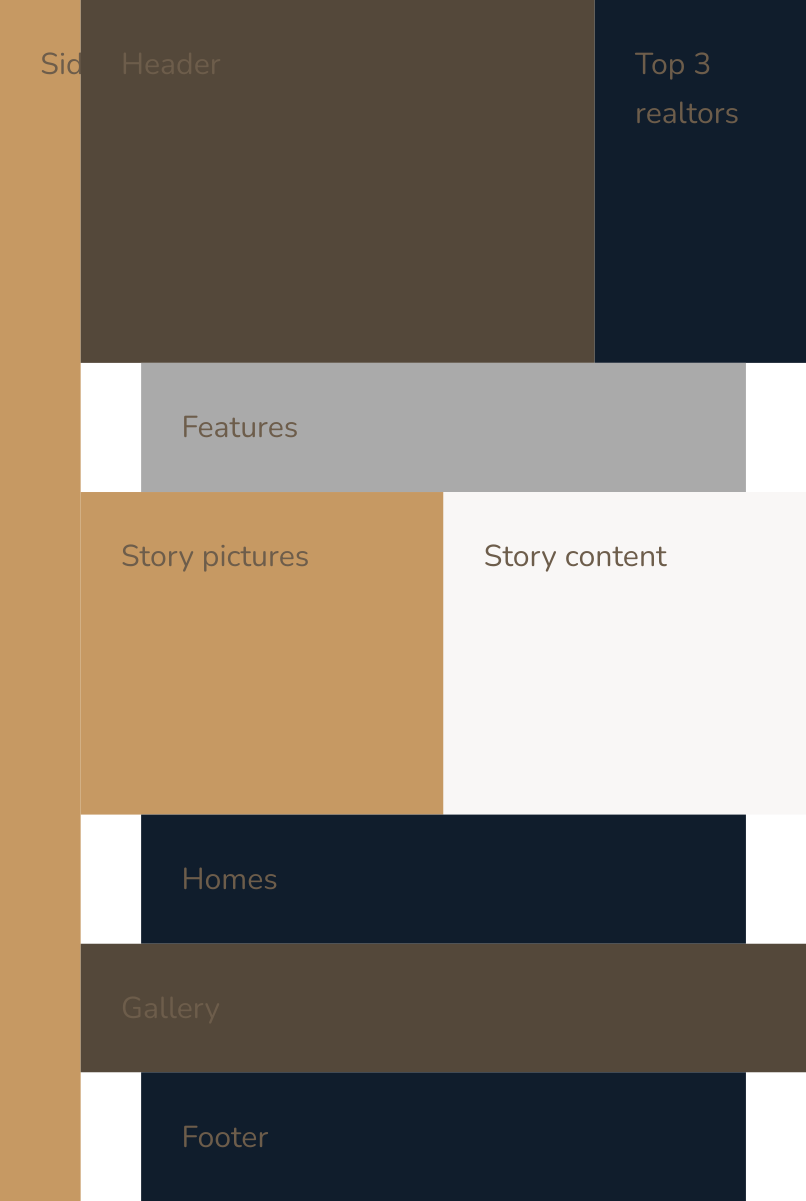
Repository: achwesiuk/nexter
Page: index.html
The author's editor kept a copy of each file at every save. The page is drawn from the files as they stood at one save, then again after the next save.
The browser window is 1280 px wide. The pictures show the whole page, at 63% of full size.
The style sheet was rebuilt from its Sass, Less or Tailwind sources for each picture, by a compiler version that may differ from the author's.

Above is the page before, as saved 2021-02-19 16:25:11.

### index.html
<!DOCTYPE html>
<html lang="en">
    <head>
        <meta charset="UTF-8">
        <meta name="viewport" content="width=device-width, initial-scale=1.0">
        <meta http-equiv="X-UA-Compatible" content="ie=edge">

        <link href="https://fonts.googleapis.com/css?family=Josefin+Sans:300,400,400i|Nunito:300,300i" rel="stylesheet">
        <link rel="stylesheet" href="css/style.css">
        <link rel="shortcut icon" type="image/png" href="img/favicon.png">

        <title>nexter &mdash; your home, your freedom</title>
    </head>
    <body class="container">
        <div class="sidebar">
            Sidebar
        </div>

        <header class="header">
            Header
        </header>

        <div class="realtors">
            Top 3 realtors
        </div>

        <section class="features">
            Features
        </section>

        <div class="story__pictures">
            Story pictures
        </div>

        <div class="story__content">
            Story content
        </div>

        <section class="homes">
            Homes
        </section>

        <section class="gallery">
            Gallery
        </section>

        <footer>
            Footer
        </footer>
    </body>
</html>

### sass/main.scss
@import "base";
@import "typography";

@import "sidebar";
@import "header";
@import "realtors";
@import "features";
@import "story";
@import "homes";
@import "gallery";
@import "footer";

### sass/_base.scss
// COLOR VARIABLES
$color-primary: #c69963;
$color-primary-dark: #B28451;

$color-secondary: #101d2c;

$color-grey-light-1: #f9f7f6;
$color-grey-light-2: #aaa;

$color-grey-dark-1: #54483A;
$color-grey-dark-2: #6D5D4B;

// FONT VARIABLES
$font-primary: 'Nunito', sans-serif;
$font-display: 'Josefin Sans', sans-serif;

*,
*::before,
*::after {
    margin: 0;
    padding: 0;
    -webkit-box-sizing: inherit;
            box-sizing: inherit; //dziedziczy po HTML
}

.html {
    -webkit-box-sizing: border-box;
            box-sizing: border-box;
    font-size: 62.5%; // 10px / 16px = 62.5% -> 1rem = 10px
}

body {
    font-family: $font-primary;
    color: $color-grey-dark-2;
    font-weight: 300;
    line-height: 1.6;
}

.container {
    display: grid;
    grid-template-rows: 80vh min-content 40vw repeat(3, min-content); // 1.wiersz - wysokość wiersza jest wartością procentową vh; jest to siatka jawna z jednym wierszem, pozostałe elementy będą dodane w siatce niejawnej (elementy, które nie mają miejsca w siatce jawnej)
    // 2. wiersz - wysokość wiersza uzależniona od zawartej w nim treści
    // 2. auto - domyślne, jeżeli nic nie będzie określone; również dopasowuje się do treści
    // 3. wiersz - wiersz uzależniony od szerokości układu (podczas zmiany szerokości widoku zmieniają się wymiary wiersza - zwęża się, rośnie)
    // 4, 5, 6 - wysokość wiersza uzależnione od jego zawartości
    grid-template-columns: [sidebar-start] 8rem [sidebar-end full-start] minmax(6rem, 1fr) [center-start] repeat(8, [col-start] minmax(min-content, 14rem) [col-end]) [center-end] minmax(6rem, 1fr) [full-end];

    & > * { // wszystkie bezpośrednie dzieci
        padding: 4rem;
        font-size: 3rem;
    }
}

### sass/_sidebar.scss
.sidebar {
    background-color: $color-primary;
    grid-column: sidebar-start / sidebar-end;
    grid-row: 1 / -1;
}

### sass/_header.scss
.header {
    background-color: $color-grey-dark-1;
    grid-column: full-start / col-end 6;
}

### sass/_realtors.scss
.realtors {
    background-color: $color-secondary;
    grid-column: col-start 7 / full-end;
}

### sass/_features.scss
.features {
    background-color: $color-grey-light-2;
    grid-column: center-start / center-end;
}

### sass/_story.scss
.story {

    &__pictures {
        background-color: $color-primary;
        grid-column: full-start / col-end 4;
    }

    &__content {
        background-color: $color-grey-light-1;
        grid-column: col-start 5 / full-end;
    }
}

### sass/_homes.scss
.homes {
    background-color: $color-secondary;
    grid-column: center-start / center-end;
}

### sass/_gallery.scss
.gallery {
    background-color: $color-grey-dark-1;
    grid-column: full-start / full-end;
}

### sass/_footer.scss
footer {
    background-color: $color-secondary;
    grid-column: center-start / center-end;
}

Loaded but not shown: sass/_typography.scss (no stored copy; drawn as an empty file)

After the next save:
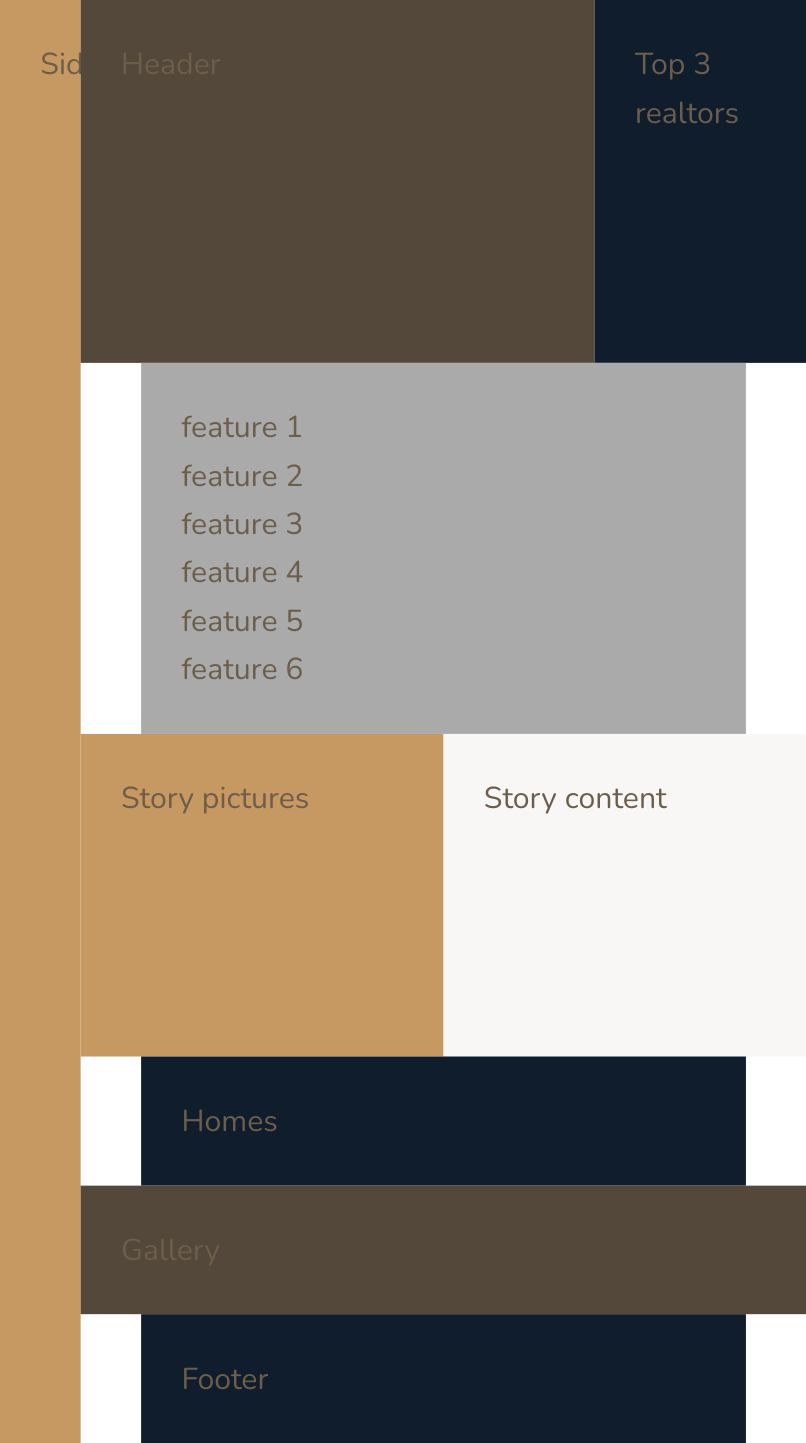
Saved 30 min 2 s later.
--- a/index.html
+++ b/index.html
@@ -25,7 +25,12 @@
         </div>
 
         <section class="features">
-            Features
+            <div class="feature">feature 1</div>
+            <div class="feature">feature 2</div>
+            <div class="feature">feature 3</div>
+            <div class="feature">feature 4</div>
+            <div class="feature">feature 5</div>
+            <div class="feature">feature 6</div>
         </section>
 
         <div class="story__pictures">
